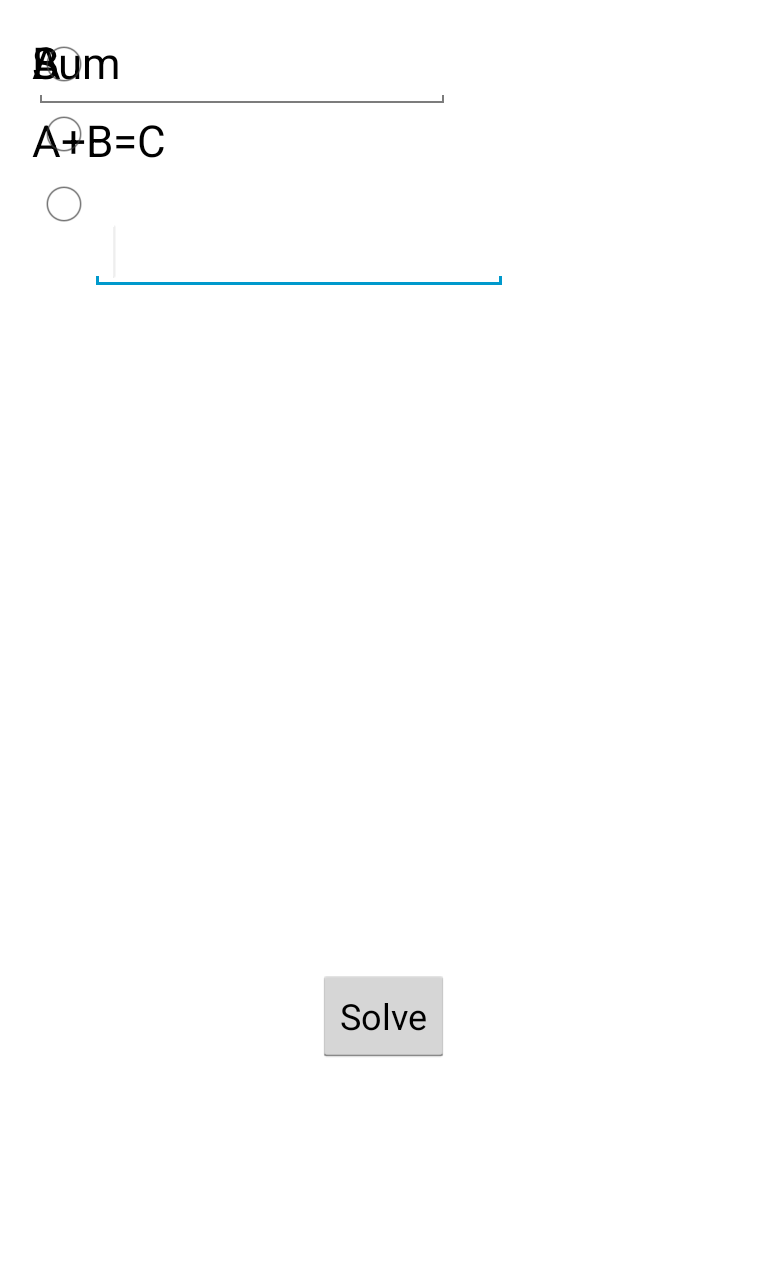
Repository: dtri123/Equation-Station
Layout: TheEquationStation/res/layout/addition_page.xml
These files come from the project's save history. The layout is drawn as it stood at one moment and after the next save; the edit follows.
It is drawn on a 768 x 1280 px phone screen (xhdpi) without system bars, with theme AppTheme; the app's code is not run.

Above is the layout before, as saved 2013-07-18 17:10:06.

After the next save:
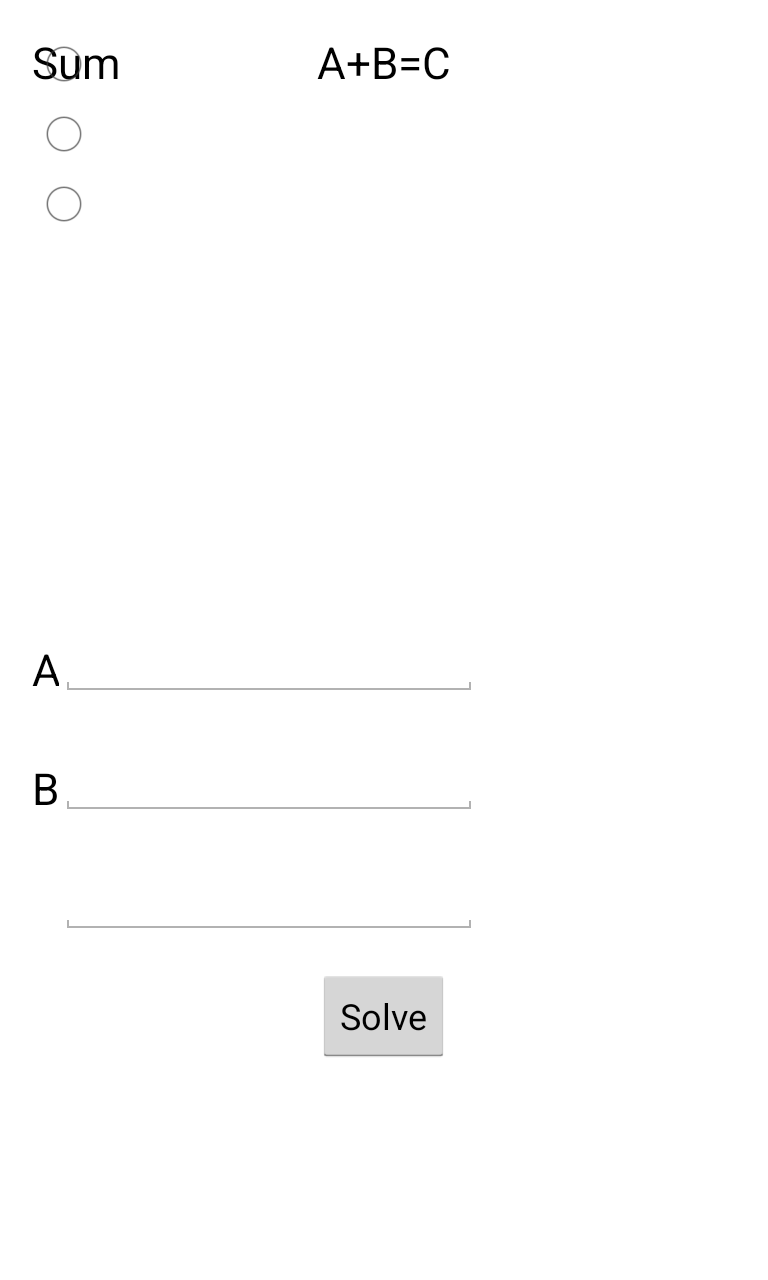
Saved 5 min 15 s later.
--- a/TheEquationStation/res/layout/addition_page.xml
+++ b/TheEquationStation/res/layout/addition_page.xml
@@ -18,53 +18,12 @@
         android:layout_marginBottom="92dp"
         android:text="Solve" />
 
-    <EditText
-        android:id="@+id/editText_AddSum"
-        android:layout_width="wrap_content"
-        android:layout_height="wrap_content"
-        android:layout_alignLeft="@+id/editText2"
-        android:layout_below="@+id/editText2"
-        android:ems="10"
-        android:inputType="numberDecimal" />
-
-    <EditText
-        android:id="@+id/editText_AddB"
-        android:layout_width="wrap_content"
-        android:layout_height="wrap_content"
-        android:layout_alignLeft="@+id/editText1"
-        android:layout_below="@+id/editText1"
-        android:ems="10"
-        android:inputType="numberDecimal" />
-
     <TextView
         android:id="@+id/textView1"
         android:layout_width="wrap_content"
         android:layout_height="wrap_content"
-        android:layout_alignLeft="@+id/button_add"
-        android:layout_marginTop="39dp"
+        android:layout_centerHorizontal="true"
         android:text="A+B=C"
-        android:textAppearance="?android:attr/textAppearanceLarge" />
-
-    <EditText
-        android:id="@+id/editText_AddA"
-        android:layout_width="wrap_content"
-        android:layout_height="wrap_content"
-        android:layout_below="@+id/textView1"
-        android:layout_marginTop="22dp"
-        android:layout_toRightOf="@+id/textView4"
-        android:ems="10"
-        android:inputType="numberDecimal" >
-
-        <requestFocus />
-    </EditText>
-
-    <TextView
-        android:id="@+id/textView4"
-        android:layout_width="wrap_content"
-        android:layout_height="wrap_content"
-        android:layout_above="@+id/editText3"
-        android:layout_marginRight="15dp"
-        android:text="B"
         android:textAppearance="?android:attr/textAppearanceLarge" />
 
     <TextView
@@ -75,28 +34,20 @@
         android:layout_alignLeft="@+id/textView4"
         android:text="Sum"
         android:textAppearance="?android:attr/textAppearanceLarge" />
-
-    <TextView
-        android:id="@+id/textView3"
-        android:layout_width="wrap_content"
-        android:layout_height="wrap_content"
-        android:layout_alignLeft="@+id/textView4"
-        android:layout_alignBottom="@+id/editText1"
-        android:text="A"
-        android:textAppearance="?android:attr/textAppearanceLarge" />
     <RadioGroup android:id="@+id/group1"
 	    android:layout_width="fill_parent"
 		android:layout_height="wrap_content"
 		android:orientation="vertical"
 		android:layout_alignBottom="@+id/editText3"
-		android:layout_toRightOf="@+id/editText3">"
+		android:layout_toRightOf="@+id/editText3">
 
-	<RadioButton
-		android:id="@+id/radioButtonAddA"
-		android:layout_width="wrap_content"
-		android:layout_height="wrap_content" />
+        <RadioButton
+            android:id="@+id/radioButtonAddA"
+            android:layout_width="wrap_content"
+            android:layout_height="wrap_content" />
+"
 
-	<RadioButton
+<RadioButton
 		android:id="@+id/radioButtonAddB"
 		android:layout_width="wrap_content"
 		android:layout_height="wrap_content"
@@ -108,4 +59,53 @@
 		android:layout_height="wrap_content"
 		android:layout_marginTop="3dp"/>
 	</RadioGroup>
+
+    <EditText
+        android:id="@+id/editText_AddSum"
+        android:layout_width="wrap_content"
+        android:layout_height="wrap_content"
+        android:layout_above="@+id/add_button"
+        android:layout_marginBottom="16dp"
+        android:layout_toRightOf="@+id/textView4"
+        android:ems="10"
+        android:inputType="numberDecimal" />
+
+    <EditText
+        android:id="@+id/editText_AddB"
+        android:layout_width="wrap_content"
+        android:layout_height="wrap_content"
+        android:layout_above="@+id/editText_AddSum"
+        android:layout_alignLeft="@+id/editText_AddSum"
+        android:layout_marginBottom="20dp"
+        android:ems="10"
+        android:inputType="numberDecimal" />
+
+    <EditText
+        android:id="@+id/editText_AddA"
+        android:layout_width="wrap_content"
+        android:layout_height="wrap_content"
+        android:layout_above="@+id/editText_AddB"
+        android:layout_alignLeft="@+id/editText_AddB"
+        android:layout_marginBottom="20dp"
+        android:ems="10"
+        android:inputType="numberDecimal" />
+
+    <TextView
+        android:id="@+id/textView4"
+        android:layout_width="wrap_content"
+        android:layout_height="wrap_content"
+        android:layout_alignBottom="@+id/editText_AddB"
+        android:layout_alignLeft="@+id/group1"
+        android:text="B"
+        android:textAppearance="?android:attr/textAppearanceLarge" />
+
+    <TextView
+        android:id="@+id/textView3"
+        android:layout_width="wrap_content"
+        android:layout_height="wrap_content"
+        android:layout_alignBottom="@+id/editText_AddA"
+        android:layout_toLeftOf="@+id/editText_AddA"
+        android:text="A"
+        android:textAppearance="?android:attr/textAppearanceLarge" />
+
 </RelativeLayout>
